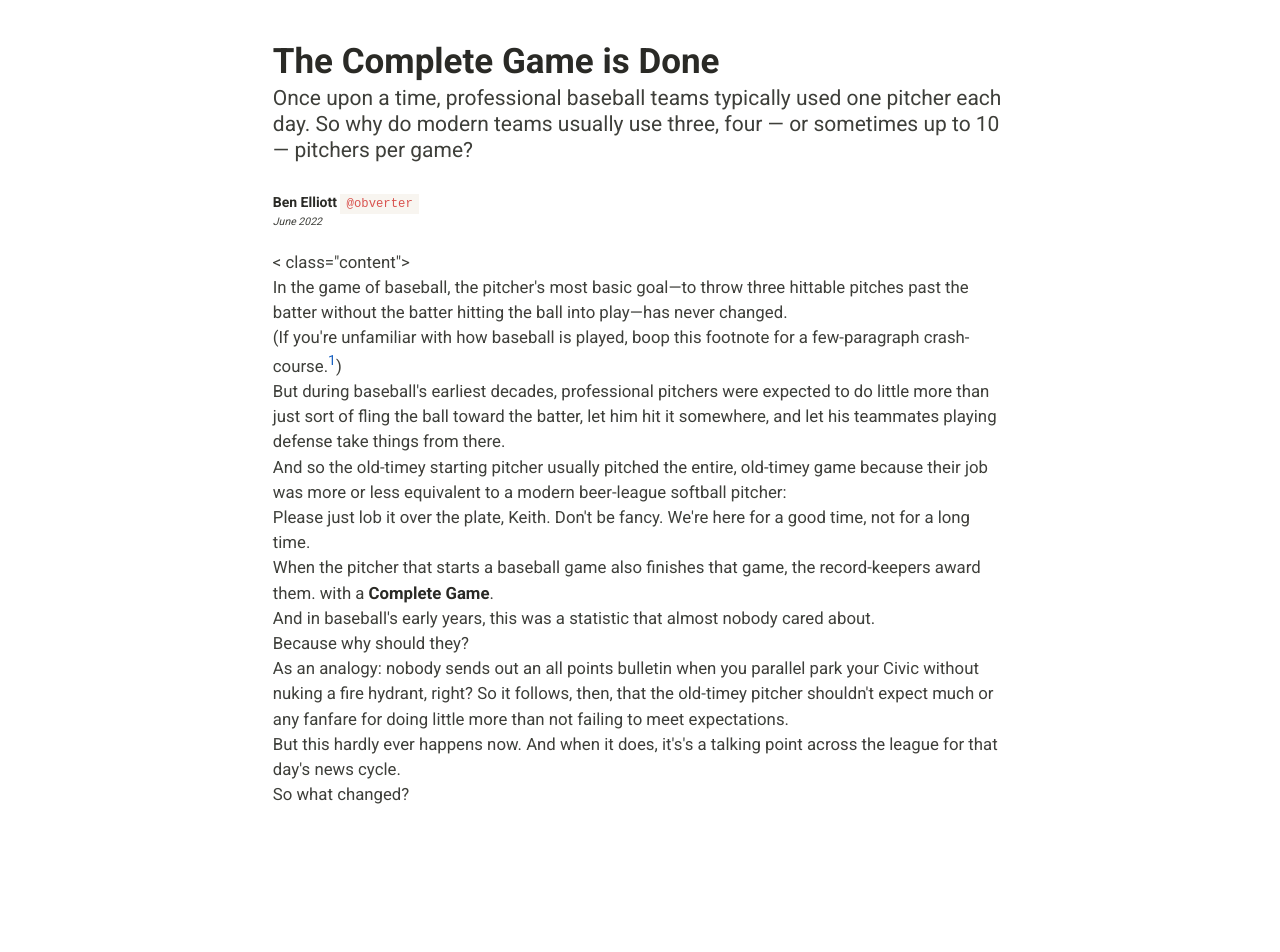
Repository: obverter/complete-games-are-done
Page: index.html
These files come from the project's save history. The page is drawn as it stood at one moment and after the next save; the edit follows.
The browser window is 1280 px wide. The pictures show the part of the page from y = 0 to 952 px (the page is 1767 px tall).
Pictures or frames that could not be fetched are drawn as grey boxes.

Above is the page before, as saved 2022-06-24 22:37:18.

After the next save:
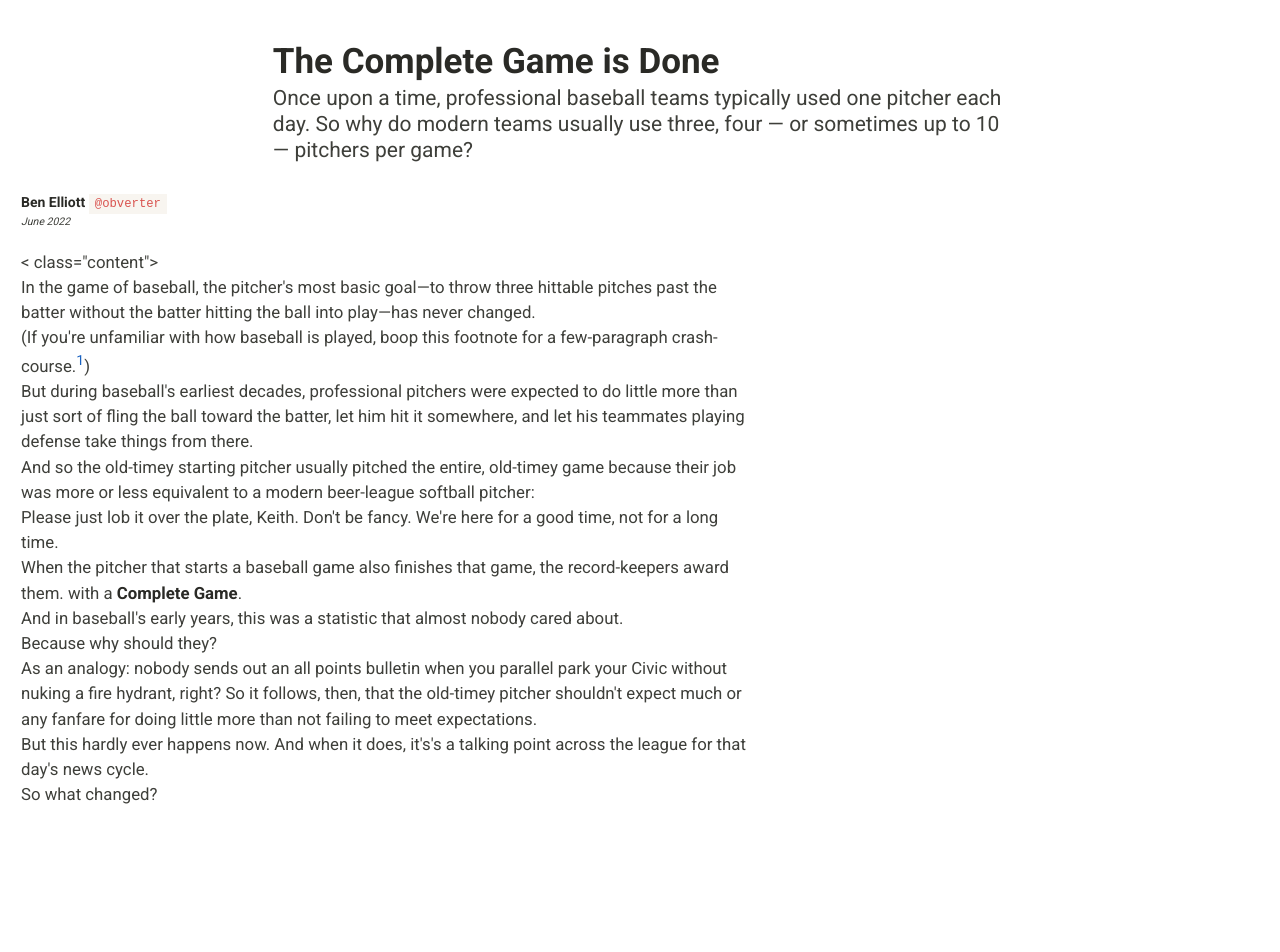
Saved 30 s later.
--- a/index.html
+++ b/index.html
@@ -28,7 +28,6 @@
                 </div>
             </div>
             <div class="columns">
-                <div class="column is-one-fifth"></div>
                 <div class="column is-three-fifths">
                     <h6 class="title is-6">
                         Ben Elliott <code>@obverter</code>
